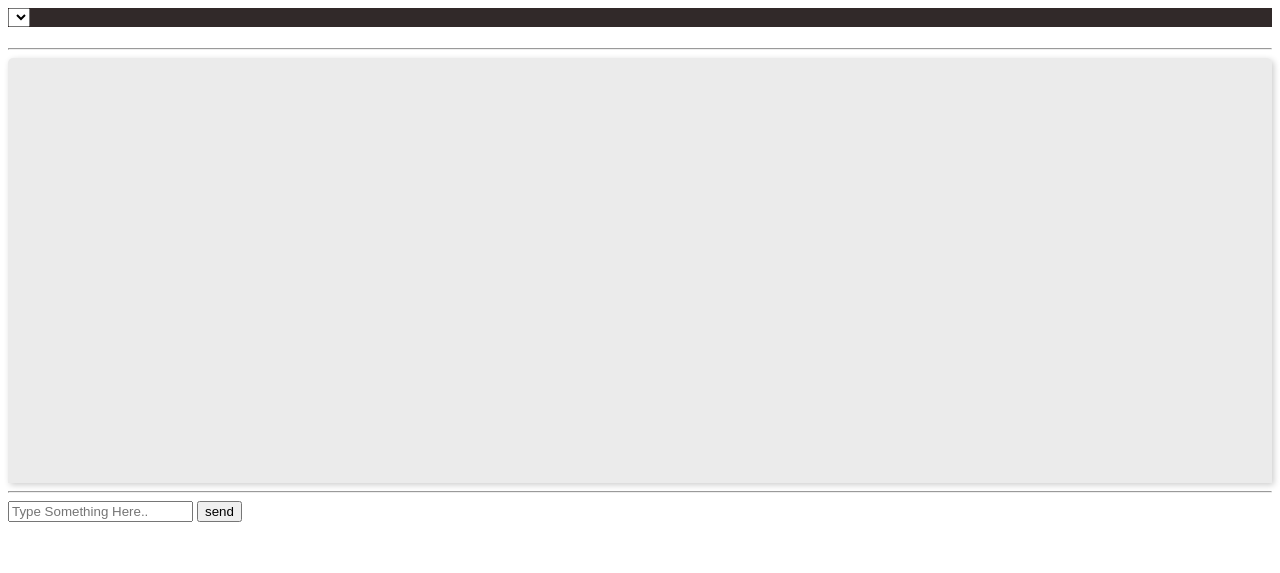
Repository: praveenshetg/GOLDEN-ROD
Page: Duolingo/papi-front/WebContent/view/chatScreen.html
The author's editor kept a copy of each file at every save. The page is drawn from the files as they stood at one save, then again after the next save.
The browser window is 1280 px wide. The pictures show the whole page.

Above is the page before, as saved 2018-05-07 19:56:59.
Console error: ReferenceError: $ is not defined

After the next save:
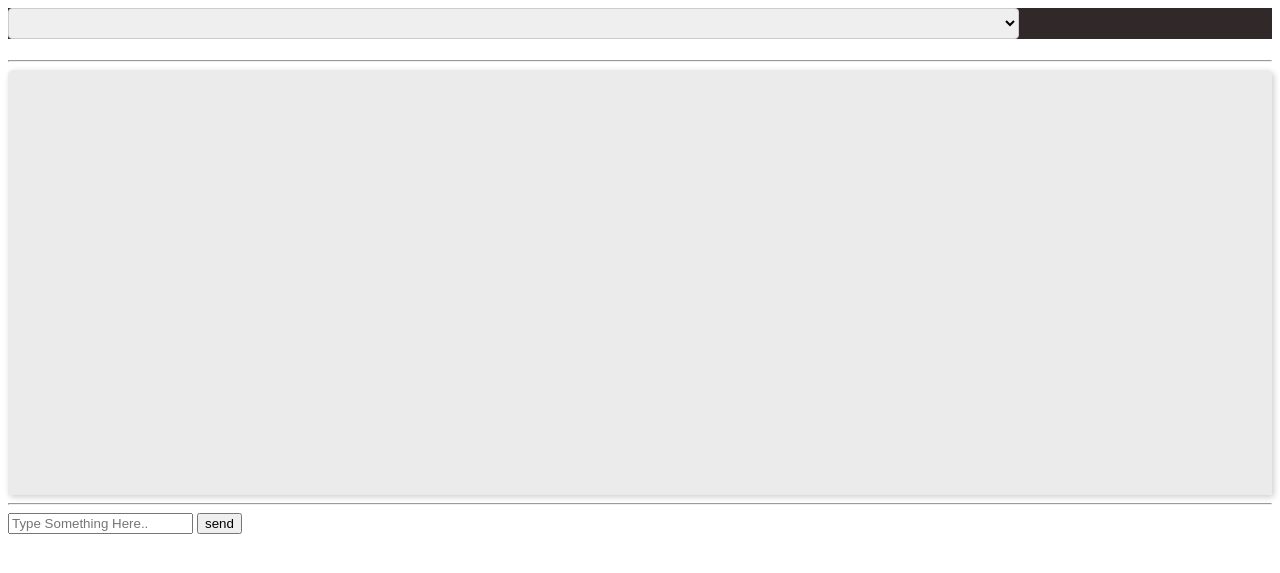
Saved 9 h 9 min later.
--- a/Duolingo/papi-front/WebContent/view/chatScreen.html
+++ b/Duolingo/papi-front/WebContent/view/chatScreen.html
@@ -80,6 +80,18 @@
     color:gray;
     float:right;
     }
+
+
+    select{
+        padding: 6px 9px;
+    margin: 0px 0;
+    width: 80%;
+    /* display: inline-block; */
+    border: 1px solid #ccc;
+    border-radius: 4px;
+    box-sizing: border-box;
+    display: inline-block;
+    }
 </style>
 <body>
 	<div class="main-div">
